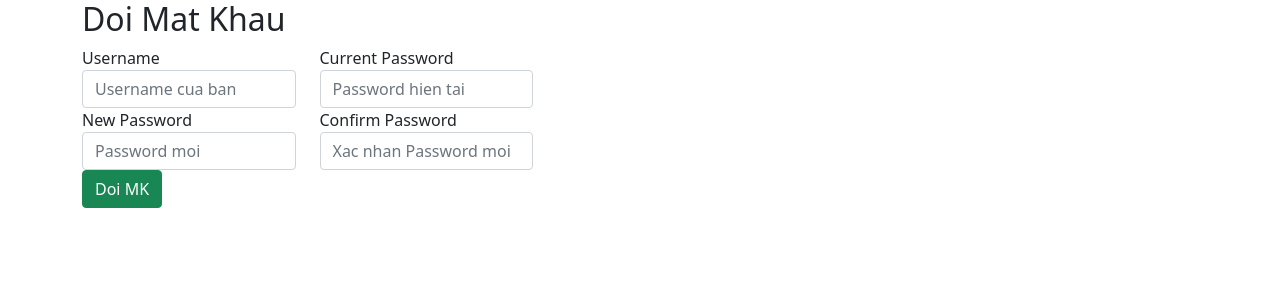
Repository: kiennd3921/AssJava4
Page: http://localhost/Assignment/view/auth/DangKy.jsp
These files come from the project's save history. The page is drawn as it stood at one moment and after the next save; the edit follows.
The browser window is 1280 px wide. The pictures show the whole page.
The page is served by Tomcat 9.

Above is the page before, as saved 2021-04-15 15:24:33.

After the next save:
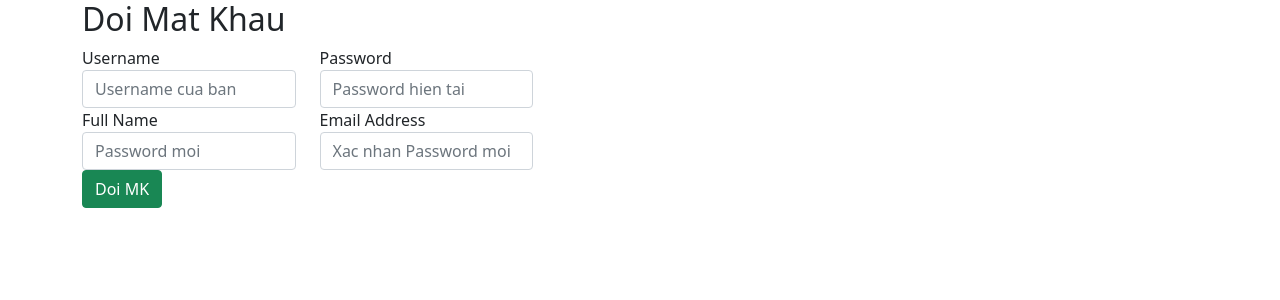
Saved 59 s later.
--- a/PT15307-UD/Assignment/WebContent/view/auth/DangKy.jsp
+++ b/PT15307-UD/Assignment/WebContent/view/auth/DangKy.jsp
@@ -27,19 +27,19 @@
 								placeholder="Username cua ban" required name="">
 						</div>
 						<div class="col">
-							<label>Current Password</label> <input type="password"
+							<label>Password</label> <input type="password"
 								class="form-control" placeholder="Password hien tai" required
 								name="">
 						</div>
 					</div>
 					<div class="row">
 						<div class="col">
-							<label>New Password</label> <input type="password"
+							<label>Full Name</label> <input type="password"
 								class="form-control" placeholder="Password moi" required
 								name="">
 						</div>
 						<div class="col">
-							<label>Confirm Password</label> <input type="password"
+							<label>Email Address</label> <input type="password"
 								class="form-control" placeholder="Xac nhan Password moi" required
 								name="">
 						</div>
